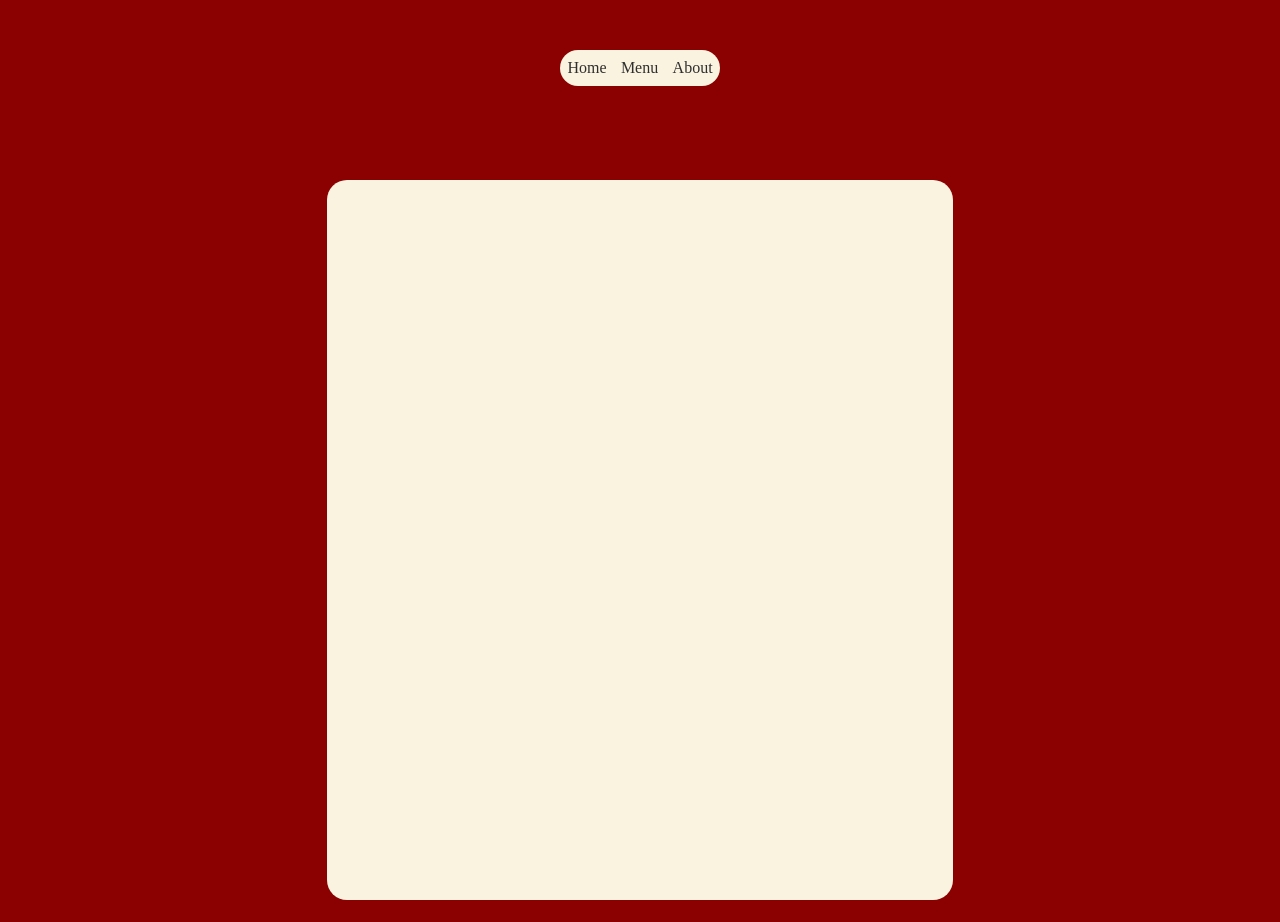
Repository: Dimitris2031/Restaurant-Front-page
Page: / (app in webpack-practice/)
The author's editor kept a copy of each file at every save. The page is drawn from the files as they stood at one save, then again after the next save.
The browser window is 1280 px wide. The pictures show the whole page.
The project was rebuilt for these pictures with package versions that can differ from the ones it lists, and the page was loaded fresh each time. Also part of the build but not shown: webpack-practice/webpack.config.js.

Above is the page before, as saved 2025-09-10 10:44:01.

### webpack-practice/src/template.html
<!DOCTYPE html>
<html lang="en">
<head>
  <meta charset="UTF-8">
  <title>Webpack Practice</title>
</head>
<body>
  <header>
    <div class="nav-container">
        <nav>Home</nav>
        <nav>Menu</nav>
        <nav>About</nav>
    </div>
  </header>
  <div id="content"></div>
</body>
</html>

### webpack-practice/src/index.js
// src/index.js
import "./styles.css";
// import odinImage from "./odin.png";
import { greeting } from "./greeting.js";
const image = document.createElement("img");
// image.src = odinImage;

// document.body.appendChild(image);

console.log(greeting);

### webpack-practice/src/styles.css
*{
  margin: 1vh;
  padding: 0;

}

/* styles.css */
body {
  background-color: #8B0000;
  display: flex;
  flex-direction: column;
  align-items: center;
  gap: 10vh;
}

header{
  display:flex;
  justify-content:center;
  align-items:end;
  gap: 5%;
  height: 10vh;
}

.nav-container{
  display:flex;
  justify-content:space-around;
  align-items:center;
  height: 50%;
  background-color: #FAF3E0;
  border-radius: 20px;
}

nav{
  color: #2F2F2F;
}

#content{
  height: 100vh;
  background-color: #FAF3E0;
  width: 50%;
  border-radius: 20px;
}

### webpack-practice/src/greeting.js
// greeting.js


function home(){

}

function menu(){

}

function contact(){

}

After the next save:
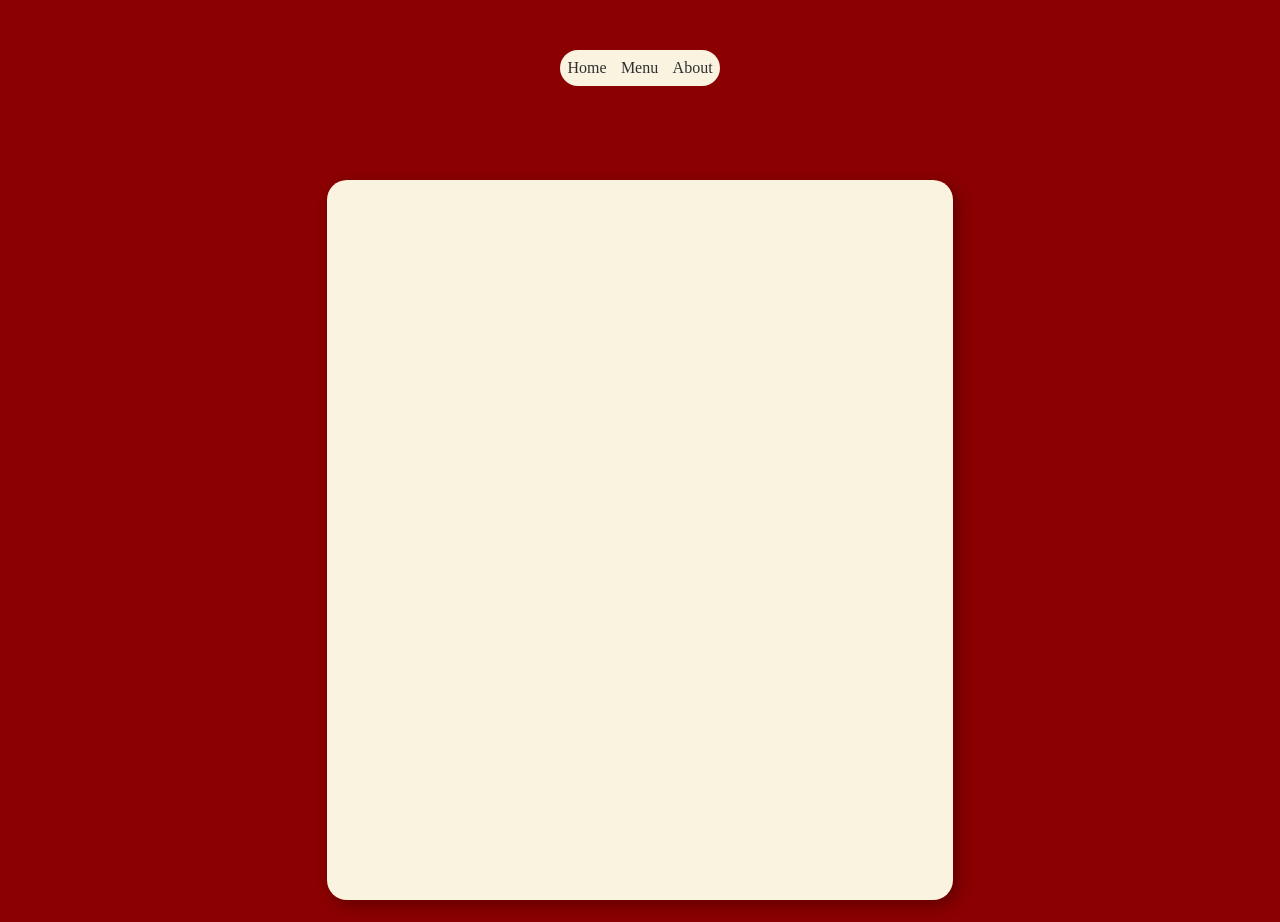
Saved 10 s later.
--- a/webpack-practice/src/styles.css
+++ b/webpack-practice/src/styles.css
@@ -39,4 +39,5 @@ nav{
   background-color: #FAF3E0;
   width: 50%;
   border-radius: 20px;
+  box-shadow: 5px 5px 15px rgba(0, 0, 0, 0.3);
 }
